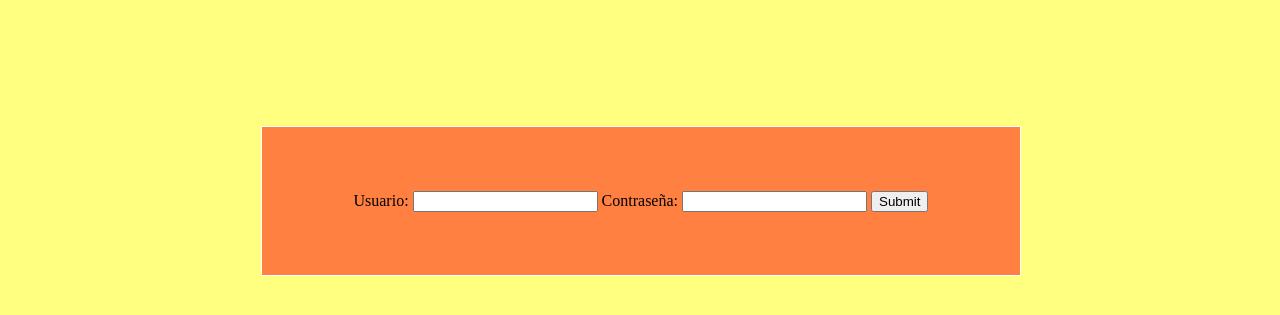
Repository: salvadorsobrino/Ejercicio5ServletJSP
Page: http://localhost/Ejercicio5/
An editor plug-in stored every save of this project. The page is shown before and after the next save, followed by the edit.
The browser window is 1280 px wide. The pictures show the whole page.
The page is served by Tomcat 9.

Above is the page before, as saved 2022-03-11 09:49:18.

After the next save:
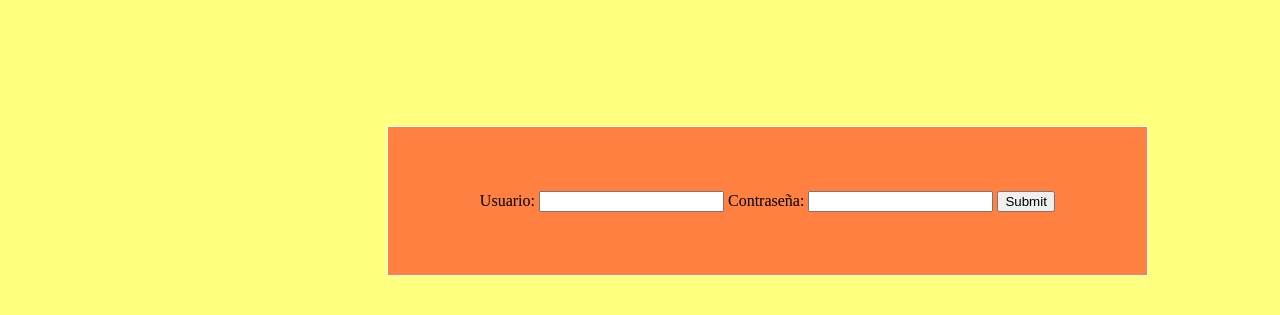
Saved 81 s later.
--- a/Ejercicio5/src/main/webapp/index.css
+++ b/Ejercicio5/src/main/webapp/index.css
@@ -14,7 +14,7 @@ body{
 	width: 50%;
 	height: auto;
 	margin-top: 10%;
-	margin-left: 20%;
+	margin-left: 30%;
 	text-align:center;
 	padding: 5%;
 
